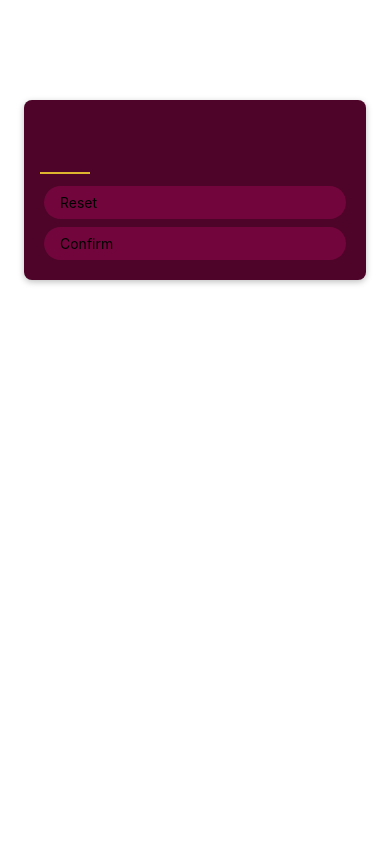
Repository: GarlicButterBoy/Number-Guessing-Game
Screen: /
The author's editor kept a copy of each file at every save. The screen is drawn from the files as they stood at one save, then again after the next save.
The app was drawn by React Native's web renderer in a window 390 px wide. The project was rebuilt for these pictures with package versions that can differ from the ones it lists, and the page was loaded fresh each time.

Above is the screen before, as saved 2024-05-03 09:01:24.

After the next save:
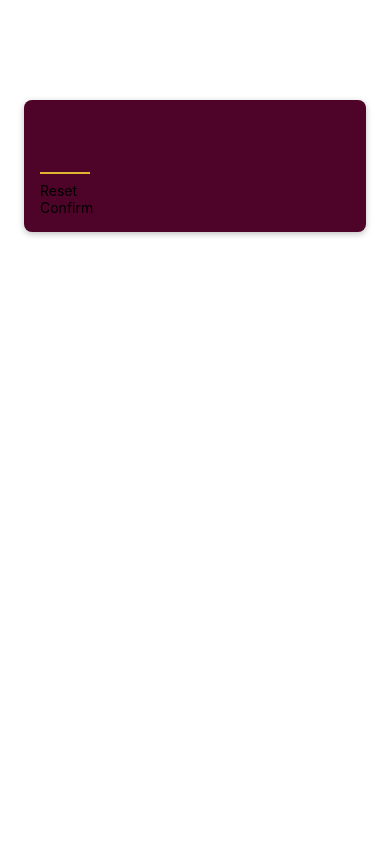
Saved 5 s later.
--- a/components/PrimaryButton.js
+++ b/components/PrimaryButton.js
@@ -16,7 +16,7 @@ function PrimaryButton({ children }) {
 export default PrimaryButton;
 
 const styles = StyleSheet.create({
-  container: {
+  buttonContainer: {
     backgroundColor: "#72063c",
     borderRadius: 28,
     paddingVertical: 8,

After the save that followed:
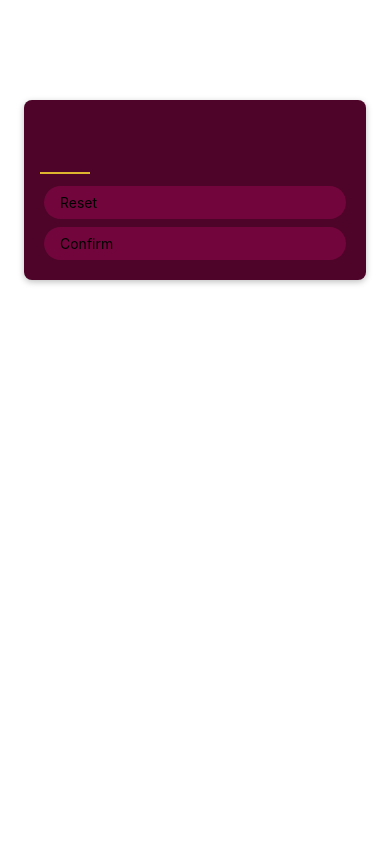
Saved 10 s later.
--- a/components/PrimaryButton.js
+++ b/components/PrimaryButton.js
@@ -6,7 +6,7 @@ function PrimaryButton({ children }) {
   }
   return (
     <Pressable onPress={pressHandler}>
-      <View style={styles.container}>
+      <View style={styles.buttonContainer}>
         <Text>{children}</Text>
       </View>
     </Pressable>
